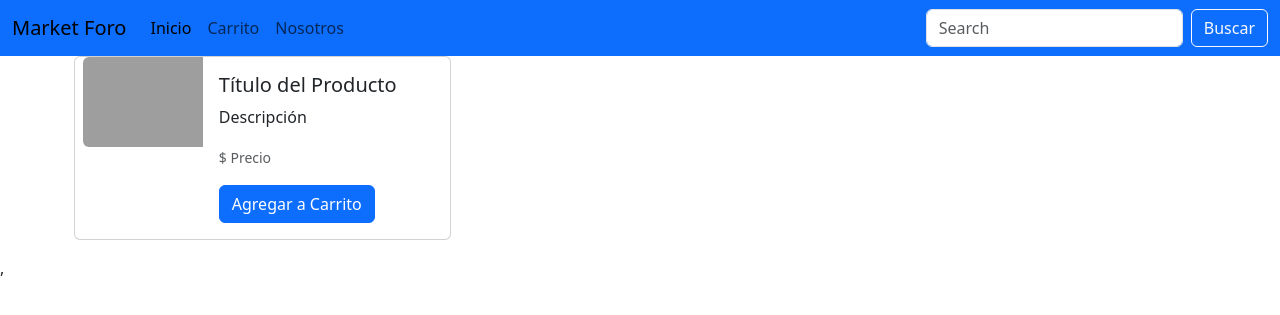
Repository: ikabeee/shopping-car
Page: /
An editor plug-in stored every save of this project. The page is shown before and after the next save, followed by the edit.
The browser window is 1280 px wide. The pictures show the whole page.
Pictures or frames that could not be fetched are drawn as grey boxes. The page's requests for data from a server got no answer. The project was rebuilt for these pictures with package versions that can differ from the ones it lists, and the page was loaded fresh each time. No one was signed in, and anything a server would have sent is missing. Also part of the build but not shown: vite.config.ts, src/pages/Cart.tsx, src/pages/About.tsx.

Above is the page before, as saved 2024-10-18 14:50:49.

After the next save:
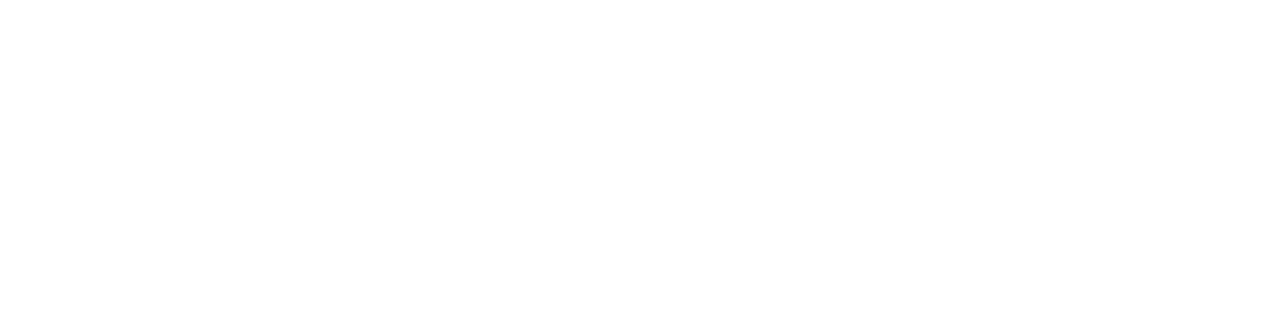
Console error: TypeError: undefined is not a function
Saved 5 s later.
--- a/src/pages/Home.tsx
+++ b/src/pages/Home.tsx
@@ -15,7 +15,7 @@
         <>
             <div className="container">
                 <div className="row row-cols-1 row-cols-sm-2 row-cols-md-3 g-3">
-                    {data.map=()=>-{}}
+                    {data.map()}
                     <div className="card mb-3" style={{ maxWidth: '540px' }}>
                         <div className="row g-0">
                             <div className="col-md-4">

After the 6 saves that followed:
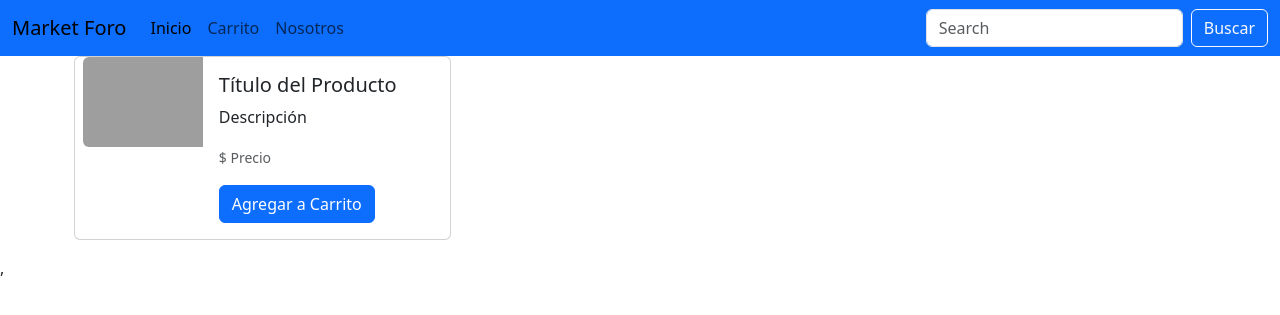
The error is gone.
The 6 saves are shown as one change because 3 left the picture as it was and some came seconds apart.
The last was saved 24 s later.
--- a/src/pages/Home.tsx
+++ b/src/pages/Home.tsx
@@ -15,7 +15,9 @@
         <>
             <div className="container">
                 <div className="row row-cols-1 row-cols-sm-2 row-cols-md-3 g-3">
-                    {data.map()}
+                    {data.map((product)=>{
+
+                    })}
                     <div className="card mb-3" style={{ maxWidth: '540px' }}>
                         <div className="row g-0">
                             <div className="col-md-4">
